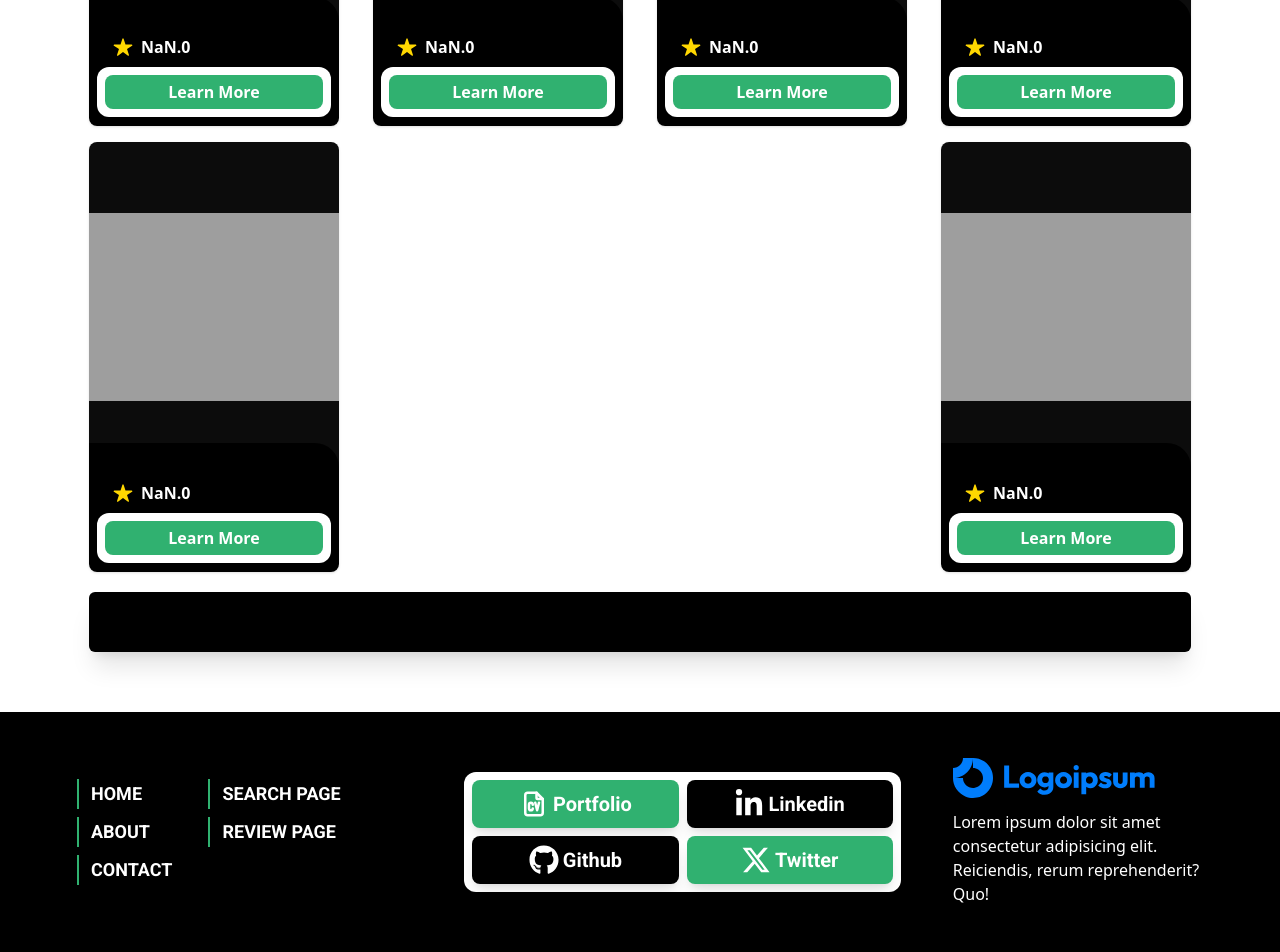
Repository: jayantatech/FrameFlick
Page: /movies
These files come from the project's save history. The page is drawn as it stood at one moment and after the next save; the edit follows.
The browser window is 1280 px wide. The pictures show the part of the page from y = 1096 to 2048 px (the page is 2048 px tall).
Pictures or frames that could not be fetched are drawn as grey boxes. The page's requests for data from a server got no answer. The project was rebuilt for these pictures with package versions that can differ from the ones it lists, and the page was loaded fresh each time. No one was signed in, and anything a server would have sent is missing. Also part of the build but not shown: vite.config.js, src/components/header/SearchBar.jsx, src/components/sliderComponent/button.css, src/components/sliderComponent/SliderComponent.jsx, src/pages/home/comingAttractions/ComingAttractions.jsx, src/pages/home/currentFavorites/CurrentFavorites.jsx, src/pages/home/movieGenres/MovieGenres.jsx, src/components/responsiveTitle/responsiveTitle.jsx and 11 more.

Above is the page before, as saved 2024-02-13 19:06:30.

### index.html
<!doctype html>
<html lang="en">

<head>
  <meta charset="UTF-8" />
  <link rel="icon" type="image/svg+xml" href="/vite.svg" />
  <meta name="viewport" content="width=device-width, initial-scale=1.0" />
  <link
    href="https://fonts.googleapis.com/css?family=Roboto:100,100italic,300,300italic,regular,italic,500,500italic,700,700italic,900,900italic"
    rel="stylesheet" />
  <link
    href="https://fonts.googleapis.com/css?family=Poppins:100,100italic,200,200italic,300,300italic,regular,italic,500,500italic,600,600italic,700,700italic,800,800italic,900,900italic"
    rel="stylesheet" />
  <title>Vite + React</title>
</head>

<body>
  <div id="root"></div>
  <script type="module" src="/src/main.jsx"></script>
</body>

</html>

### src/main.jsx
import React from "react";
import ReactDOM from "react-dom/client";
import App from "./App.jsx";
import "./index.css";
import { Provider } from "react-redux";
import store from "./store/Store.js";

ReactDOM.createRoot(document.getElementById("root")).render(
  <React.StrictMode>
    <Provider store={store}>
      <App />
    </Provider>
  </React.StrictMode>
);

### src/App.jsx
import React, { useEffect } from "react";
import ContentWrapper from "./components/contentWrapper/ContentWrapper";
import Header from "./components/header/Header";
import SearchBar from "./components/header/SearchBar";
import { fetchDataFromApi } from "./Utils/api";
import { useDispatch, useSelector } from "react-redux";
import { setFilmGenres, setUrl } from "./store/HomeSlice";
import Home from "./pages/home/Home";
import fetchData from "./components/hooks/fetchData";
import VideoPopBox from "./components/videoPopBox/VideoPopBox";
import Footer from "./components/footer/Footer";
import ReviewPage from "./pages/reviewPage/ReviewPage";
import { BrowserRouter, Route, Routes } from "react-router-dom";
import MoviePage from "./pages/moviePage/MoviePage";

/*
main green color - #58DAA8
2nd main color - #30b170
light green color - #E6FFF8
deep Green color - #409E7A
deep Green color 2 - #5EBEA3

*/

const App = () => {
  const { data, loading } = fetchData("configuration");

  const dispatch = useDispatch();
  useEffect(() => {
    dispatch(setUrl(`${data?.images.secure_base_url + "original"}`));
  }, [data]);

  const { data: genresData, loading: genresLoading } = fetchData(
    `genre/movie/list?language=en`
  );
  useEffect(() => {
    dispatch(setFilmGenres(genresData && genresData?.genres));
  }, [genresData]);

  return (
    <BrowserRouter>
      <VideoPopBox />
      <Header />
      <Routes>
        <Route path="/" element={<Home />} />
        <Route path="/review/:film/:id" element={<ReviewPage />} />
        <Route path="/movies" element={<MoviePage />} />
      </Routes>
      {/* <div className=" w-full h-[800px]"></div> */}
      <Footer />
    </BrowserRouter>
  );
};

export default App;

### src/components/contentWrapper/ContentWrapper.jsx
import React from "react";

const ContentWrapper = ({ children }) => {
  return <div className="w-full max-w-[1158px] mx-auto px-4">{children}</div>;
};

export default ContentWrapper;

### src/components/hooks/fetchData.jsx
import React, { useEffect, useState } from "react";
import { fetchDataFromApi } from "../../Utils/api";

const fetchData = (url) => {
  const [data, setData] = useState(null);
  const [loading, setLoading] = useState(null);
  const [error, setError] = useState(null);

  useEffect(() => {
    setLoading(true);
    setData(null);
    setError(null);
    fetchDataFromApi(url)
      .then((res) => {
        if (res?.status === 404) {
          throw new Error("Videos not found for this video");
        } else {
          return res.json();
        }
      })
      .then((data) => {
        setLoading(false);
        setData(data);
      })
      .catch((error) => setError("Something went wrong"));
  }, [url]);

  return { data, loading, error };
};

export default fetchData;

### src/components/videoPopBox/VideoPopBox.jsx
import React, { useEffect, useState } from "react";
import { IoClose } from "react-icons/io5";
import { useDispatch, useSelector } from "react-redux";
import { setVideoPopBox } from "../../store/HomeSlice";
import ReactPlayer from "react-player";

const VideoPopBox = () => {
  const [activeVideo, setActiveVideo] = useState(false);
  const [videoInfo, setVideoInfo] = useState([]);
  const dispatch = useDispatch();
  const { vidboxOn, vidBoxInfo } = useSelector(
    (state) => state.home.VideoPopBox
  );
  useEffect(() => {
    if (vidboxOn) setActiveVideo(vidboxOn);
    if (vidBoxInfo) setVideoInfo(vidBoxInfo);
  }, [vidboxOn, vidBoxInfo]);

  // useEffect(() => {
  //   if (activeVideo) {
  //     document.body.style.overflow = "hidden";
  //   } else {
  //     document.body.style.overflow = "auto";
  //   }
  // }, [activeVideo]);

  function hideVideoBox() {
    dispatch(setVideoPopBox([{ vidBoxOnPass: false, vidBoxInfoPass: {} }]));
    setActiveVideo(false);
  }

  return (
    <div
      className={` fixed w-screen h-screen top-0 left-0 ${
        activeVideo ? "block z-40" : "hidden -z-0"
      }`}
    >
      <div
        className={` relative top-0 left-0 min-h-screen min-w-screen flex items-center justify-center overflow-hidden`}
      >
        <div
          className=" absolute top-0 left-0 w-full h-full bg-[#000000af]"
          onClick={hideVideoBox}
        ></div>
        <div
          className={`w-[840px] h-[540px] max-lg:w-[660px] max-lg:h-[440px] max-md:w-[360px] max-md:h-[240px] bg-[#fff] shadow-xl rounded-xl py-4 px-4 relative transition-all duration-300 ${
            activeVideo ? "translate-y-[0%]" : "translate-y-[150%]"
          }`}
        >
          <div
            className=" w-[50px] h-[50px] bg-[#30B170] hover:bg-[#58DAA8] text-black hover:text-gray-600  absolute -top-5 -right-5 rounded-full flex items-center justify-center text-4xl cursor-pointer"
            onClick={hideVideoBox}
          >
            <IoClose />
          </div>
          <div className=" w-full h-full bg-black">
            {videoInfo && (
              <ReactPlayer
                url={`https://www.youtube.com/watch?v=${videoInfo?.key}`}
                width={"100%"}
                height={"100%"}
              />
            )}
          </div>
        </div>
      </div>
    </div>
  );
};

export default VideoPopBox;

### src/pages/moviePage/MoviePage.jsx
import React from "react";
import HeroMovie from "./heroMovie/HeroMovie";
import AllMovies from "./allMovies/AllMovies";

const MoviePage = () => {
  return (
    <div>
      <HeroMovie />
      <AllMovies />
    </div>
  );
};

export default MoviePage;

### src/pages/moviePage/heroMovie/HeroMovie.jsx
import React, { useEffect, useState } from "react";
import MyImage from "../../../components/myImage/MyImage";
import fetchData from "../../../components/hooks/fetchData";
import { useSelector } from "react-redux";
import MovieHeroInfo from "../../../components/movieHeroInfo/MovieHeroInfo";

const HeroMovie = () => {
  const [storeGen, setStoreGen] = useState([]);
  const [filmInfo, setFilmInfo] = useState([]);
  const [storeRendom, setStoreRendom] = useState(null);
  const { data, loading } = fetchData(`trending/movie/week`);
  const { url, filmGenres } = useSelector((state) => state.home);

  useEffect(() => {
    let rendomData;
    if (data?.results) {
      const genRanNum = Math.floor(Math.random() * 19);
      rendomData = data?.results[genRanNum];
      setStoreRendom(rendomData);
      console.log(data);
    }
  }, [data]);

  // let testData = storeRendom && storeRendom;
  let movieHeroData = storeRendom && storeRendom;
  useEffect(() => {
    let storeGenNum = [];
    if (movieHeroData) {
      filmGenres?.forEach((element) => {
        if (movieHeroData?.genre_ids.includes(element?.id)) {
          storeGenNum.push(element);
        }
      });
    }
    setStoreGen(storeGenNum);
  }, [filmGenres, movieHeroData]);
  console.log(storeGen);
  return (
    <div className=" w-full h-[590px] max-md:h-[670px] bg-black relative">
      <div className=" w-full h-full bg-[#0000005d] absolute top-0 left-0 z-10"></div>
      <div className=" overflow-hidden w-full h-full absolute top-0 left-0 z-0 ">
        <MyImage
          src={`${url}${!loading && movieHeroData?.backdrop_path}`}
          className={"max-lg:scale-150 max-md:scale-[4]"}
        />
      </div>
      <MovieHeroInfo movieHeroData={movieHeroData} storeGen={storeGen} />
    </div>
  );
};

export default HeroMovie;

### src/pages/moviePage/allMovies/AllMovies.jsx
import React from "react";
import ContentWrapper from "../../../components/contentWrapper/ContentWrapper";
import FilmCard from "../../../components/filmCard/FilmCard";

const AllMovies = () => {
  return (
    <div>
      <ContentWrapper>
        <div className=" py-[60px] px-3">
          <div className=" py-3">
            <h2 className=" capitalize text-3xl font-[Roboto] font-bold">
              our Movie suggestions
            </h2>
          </div>
          <div className=" w-full h-auto flex py-5 flex-row flex-wrap gap-4 items-center justify-between">
            <FilmCard />
            <FilmCard />
            <FilmCard />
            <FilmCard />
            <FilmCard />
            <FilmCard />
          </div>
          <div className=" w-full h-[60px] bg-[#000] shadow-xl rounded-md"></div>
        </div>
      </ContentWrapper>
    </div>
  );
};

export default AllMovies;

### src/components/myImage/MyImage.jsx
import React from "react";
import { LazyLoadImage } from "react-lazy-load-image-component";
import "react-lazy-load-image-component/src/effects/blur.css";

const MyImage = ({ src, className, alt }) => (
  <div className=" w-full min-h-full flex items-center justify-center overflow-hidden bg-contain">
    <LazyLoadImage
      alt={alt ? alt : "Frameflick"}
      src={src}
      effect="blur"
      width={"100%"}
      height={"100%"}
      className={`${className}`}
    />
  </div>
);

export default MyImage;

### src/components/movieHeroInfo/MovieHeroInfo.jsx
import React, { useEffect, useState } from "react";
import { IoIosStar } from "react-icons/io";
import ContentWrapper from "../contentWrapper/ContentWrapper";
import GenresCard from "../genresCard/GenresCard";
import BothButton from "../bothButton/BothButton";
import ResponsiveTitle from "../responsiveTitle/responsiveTitle";
import ResponsiveText from "../responsiveText/ResponsiveText";
import RattingBox from "../rattingBox/RattingBox";
import DateBox from "../dateBox/DateBox";

const MovieHeroInfo = ({ movieHeroData, storeGen }) => {
  const [storeSlice, setStoreSlice] = useState(null);
  useEffect(() => {
    const slicGen = storeGen && storeGen?.slice(0, 3);
    setStoreSlice(slicGen);
  }, [storeGen]);

  console.log(storeGen);
  return (
    <ContentWrapper>
      <div className=" relative top-0 left-0 w-full h-[590px] max-md:h-[670px] flex items-end justify-center py-4 z-20">
        <div className=" w-full min-h-[270px] max-lg:min-h-[270px] max-md:min-h-[470px] rounded-lg  bg-[#636262] backdrop-filter backdrop-blur-sm bg-opacity-60 p-4 max-lg:px-2 flex flex-row gap-2 max-md:flex-col">
          <div className=" md:w-3/6">
            <h2 className=" text-3xl font-[Roboto] font-bold text-white min-h-[40px]">
              {movieHeroData?.original_title}
            </h2>
            {/* <ResponsiveTitle data={testData} /> */}
            <div className=" w-full h-[40px]  my-2 flex items-center flex-row gap-2 px-2">
              <DateBox data={movieHeroData} />
              <RattingBox data={movieHeroData} />
            </div>
            {
              <div className=" w-full h-[60px] max-md:h-[80px] max-lg:h-[90px] flex items-center justify-start px-2 flex-row gap-2">
                <ResponsiveText data={movieHeroData} upTo={15} />
              </div>
            }
            <div className=" px-2 py-3 flex items-center justify-center gap-2 flex-row">
              <BothButton data={movieHeroData} />
            </div>
          </div>
          <div className=" md:w-3/6 max-h-[210px] max-lg:max-h-[240px] max-md:min-h-[240px] px-3 py-3 flex items-center justify-start gap-6 max-lg:gap-3 flex-wrap flex-col">
            <div className=" w-full py-1 bg-[#000] text-white text-center rounded-md">
              <span className=" font-[Roboto] font-semibold text-lg">
                {" "}
                {movieHeroData?.original_title} Genres
              </span>
            </div>
            <div className=" flex items-center justify-center gap-3 flex-wrap flex-row max-md:flex-row ">
              {storeSlice?.map((item, index) => (
                <GenresCard key={index} item={item} />
              ))}
            </div>
          </div>
        </div>
      </div>
    </ContentWrapper>
  );
};

export default MovieHeroInfo;

### src/components/filmCard/FilmCard.jsx
import React, { useState } from "react";
import { useDispatch, useSelector } from "react-redux";
import { IoStar } from "react-icons/io5";
import fetchData from "../hooks/fetchData";
import { setVideoPopBox } from "../../store/HomeSlice";
import MyImage from "../myImage/MyImage";
import { useLoaderData, useLocation, useNavigate } from "react-router";

const FilmCard = ({ data, loading }) => {
  const [videoBoxActive, setVideoBoxActive] = useState(false);
  const dispatch = useDispatch();
  const { url } = useSelector((state) => state?.home);
  const { currentTabValu } = useSelector((state) => state?.home);

  const { data: newData, loading: newLoading } = fetchData(
    `${currentTabValu}/${data?.id && data?.id}/videos`
  );

  const averageVote = data && data?.vote_average;
  const votePointer = Number(
    data && data?.vote_average.toString().split(".")[1]
  );

  const originalTitle = data?.original_title || data?.name || "";
  let truncatedTitle;

  if (originalTitle.length >= 18) {
    truncatedTitle = originalTitle.slice(0, 18) + "...";
  } else {
    truncatedTitle = originalTitle;
  }

  let newReleaseDate = data?.release_date || data?.first_air_date;
  const oneVideo = newData?.results?.filter((item) => item?.key);
  const oneTrailer = oneVideo && oneVideo[0];
  const releaseDate =
    newReleaseDate &&
    new Intl.DateTimeFormat("en-US", {
      day: "2-digit",
      month: "short",
      year: "2-digit",
    }).format(new Date(newReleaseDate));
  const openVideoBox = () => {
    dispatch(
      setVideoPopBox([{ vidBoxOnPass: true, vidBoxInfoPass: oneTrailer }])
    );
  };
  const navigateNew = useNavigate();
  const location = useLocation();

  const navigateToNewPage = () => {
    navigateNew(`/review/${currentTabValu}/${data?.id}`);
  };

  return (
    <div className="w-[250px] max-lg:max-w-[220px] max-lg:h-[380px] h-[430px] max-md:w-[240px] rounded-lg overflow-hidden shadow cursor-pointer transition-all duration-300 bg-yellow">
      <div className=" w-full h-full relative">
        <div className=" w-full h-[77%] bg-[#000000f3] overflow-hidden">
          {!loading && (
            <MyImage
              src={`${url}${data?.poster_path}`}
              className="w-full h-full"
            />
          )}
        </div>
        <div className="absolute flex flex-col bottom-0 left-0 w-full h-[30%] bg-gradient-to-b from-[#000000] via-[#000000] to-[#000000] p-2 rounded-tr-3xl text-white">
          <div className="w-full h-[30px] overflow-hidden">
            <h3 className=" text-white text-xl font-semibold">
              {truncatedTitle}
            </h3>
          </div>
          <div className=" flex gap-4">
            <p className=" font-bold">{releaseDate}</p>
            <span className=" flex items-center justify-center gap-2 font-bold">
              <span className=" font-bold text-xl text-[#FFD700]">
                <IoStar />
              </span>
              {`${Math.floor(averageVote)}.${
                votePointer ? votePointer.toString().slice(0, 1) : "0"
              }`}
            </span>
          </div>
          <div className=" w-full h-[50px] bg-white px-2 rounded-xl py-2 flex items-center justify-center gap-2 max-lg:gap-1 font-bold mt-2">
            {oneTrailer && (
              <button
                className=" h-full w-full bg-[black] col-span-1 rounded-lg transition-all duration-300 hover:shadow-md hover:scale-105"
                onClick={openVideoBox}
              >
                Trailer
              </button>
            )}
            <button
              className="h-full w-full bg-[#30b170] rounded-lg transition-all duration-300 hover:shadow-md hover:scale-105"
              onClick={navigateToNewPage}
            >
              Learn More
            </button>
          </div>
        </div>
      </div>
    </div>
  );
};

export default FilmCard;

### src/components/responsiveText/ResponsiveText.jsx
import React from "react";

const ResponsiveText = ({ data, upTo = 20 }) => {
  function getTheDescription(description) {
    const words = description.split(" ").slice(0, upTo).join(" ") + "...";
    return words;
  }
  return (
    <p className=" font-[Poppins] text-lg text-white ">
      {data && getTheDescription(data?.overview)}
    </p>
  );
};

export default ResponsiveText;

### src/components/bothButton/BothButton.jsx
import React from "react";
import { useDispatch } from "react-redux";
import { setVideoPopBox } from "../../store/HomeSlice";
import fetchData from "../hooks/fetchData";
import { useNavigate } from "react-router";

const BothButton = ({ data }) => {
  const { data: newData, loading: newLoading } = fetchData(
    `movie/${data?.id && data?.id}/videos`
  );
  const oneVideo = newData?.results?.filter((item) => item?.key);
  const oneTrailer = oneVideo && oneVideo[0];

  const dispatch = useDispatch();
  const openVideoBox = () => {
    dispatch(
      setVideoPopBox([{ vidBoxOnPass: true, vidBoxInfoPass: oneTrailer }])
    );
  };

  const navigateNew = useNavigate();

  const navigateToNewPage = () => {
    navigateNew(`/review/${"movie"}/${data?.id}`);
  };
  return (
    <>
      <button
        className=" w-full h-[50px] max-lg:h-[40px] bg-[#000] rounded-md text-white font-bold text-2xl font-[Roboto] hover:scale-95 transition-all duration-300 max-lg:text-xl"
        onClick={openVideoBox}
      >
        Trailer
      </button>
      <button
        className=" w-full h-[50px] bg-[#30B170] rounded-md text-white font-bold text-2xl font-[Roboto]  hover:scale-95 transition-all duration-300 max-lg:h-[40px] max-lg:text-xl"
        onClick={navigateToNewPage}
      >
        Learn More
      </button>
    </>
  );
};

export default BothButton;

### src/components/rattingBox/RattingBox.jsx
import React from "react";
import { IoStar } from "react-icons/io5";

const RattingBox = ({ data }) => {
  const averageVote = data && data?.vote_average;

  const votePointer = Number(
    data && data?.vote_average.toString().split(".")[1]
  );

  return (
    <>
      {
        <div className=" text-lg font-extrabold font-[Roboto] flex items-center justify-start gap-2 px-2 py-1 rounded-lg bg-white md:w-[150px]  max-md:w-[50%]">
          Rating:
          <span className=" text-[#ffd700] text-2xl flex items-center justify-center font-bold">
            <IoStar />
          </span>
          {averageVote &&
            votePointer &&
            `${Math.floor(averageVote)}.${
              votePointer ? votePointer.toString().slice(0, 1) : "0"
            }`}
        </div>
      }
    </>
  );
};

export default RattingBox;

### src/components/dateBox/DateBox.jsx
import React from "react";

const DateBox = ({ data }) => {
  function timeFormath(timeTo) {
    const releaseDate = new Intl.DateTimeFormat("en-US", {
      day: "2-digit",
      month: "short",
      year: "2-digit",
    }).format(new Date(timeTo));
    return releaseDate;
  }
  return (
    <div className=" text-lg font-extrabold font-[Roboto] flex items-center justify-start gap-2 px-2 py-1 rounded-lg bg-white md:w-[160px] max-md:w-[50%]">
      Data:
      <span className="font-bold max-md:text-base">
        {data && timeFormath(data?.release_date)}
      </span>
    </div>
  );
};

export default DateBox;

Loaded but not shown: src/index.css (common file); tailwind.config.js (common file); src/store/HomeSlice.js (34 lines, source omitted); src/Utils/api.js (20 lines, source omitted); src/store/Store.js (10 lines, source omitted); src/assets/icons/index.js (3 lines, source omitted); src/components/header/Header.jsx (153 lines, source omitted); src/components/footer/Footer.jsx (83 lines, source omitted)

After the next save:
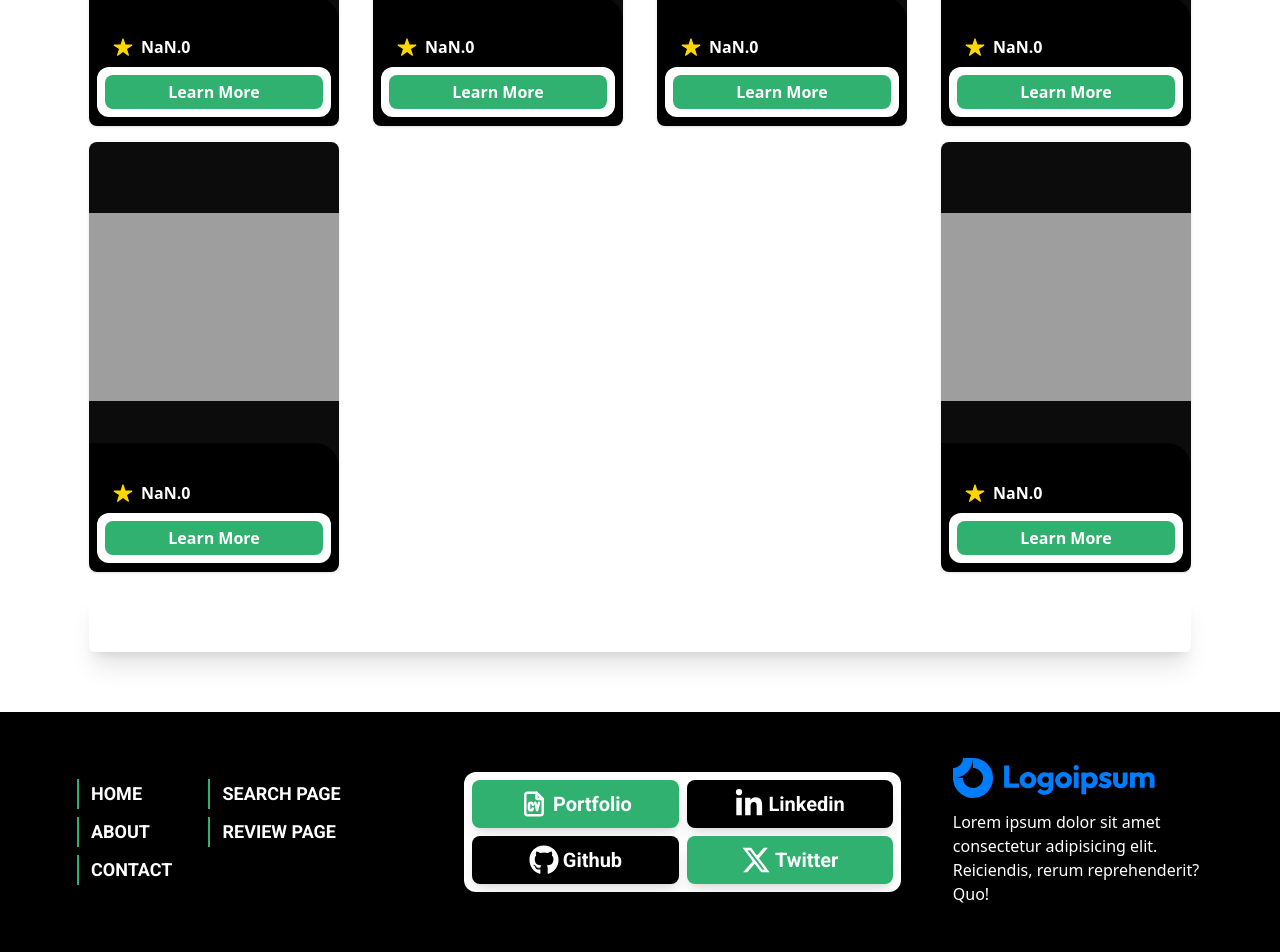
Saved 5 s later.
--- a/src/pages/moviePage/allMovies/AllMovies.jsx
+++ b/src/pages/moviePage/allMovies/AllMovies.jsx
@@ -20,7 +20,7 @@ const AllMovies = () => {
             <FilmCard />
             <FilmCard />
           </div>
-          <div className=" w-full h-[60px] bg-[#000] shadow-xl rounded-md"></div>
+          <div className=" w-full h-[60px] bg-[#fff] shadow-xl rounded-md"></div>
         </div>
       </ContentWrapper>
     </div>
